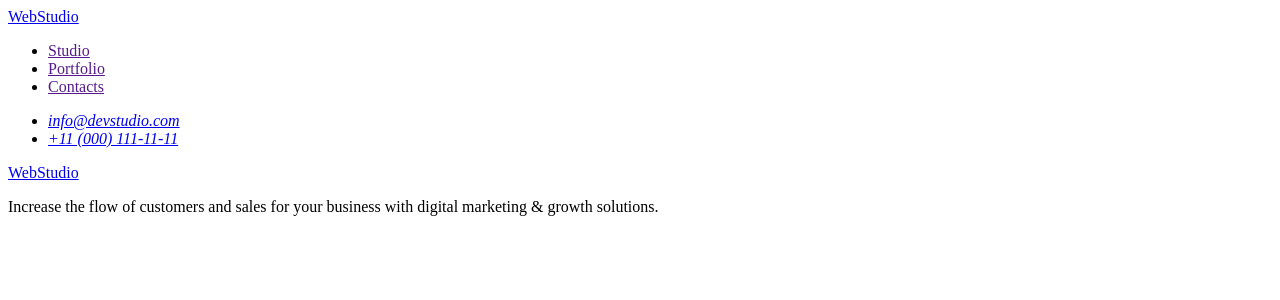
Repository: GrishchenkoNataliya/goit-markup-hw-02
Page: portfolio/indtx.html
An editor plug-in stored every save of this project. The page is shown before and after the next save, followed by the edit.
The browser window is 1280 px wide. The pictures show the whole page.

Above is the page before, as saved 2023-02-27 12:09:33.

### portfolio/indtx.html
<!DOCTYPE html>
<html lang="en">
  <head>
    <meta charset="UTF-8" />
    <meta http-equiv="X-UA-Compatible" content="IE=edge" />
    <meta name="viewport" content="width=device-width, initial-scale=1.0" />
    <title>homework_1</title>
  </head>
  <body>
    <header>
      <nav>
        <a href="./index.html">WebStudio</a>
        <ul>
          <li>
            <a href="" target="_blank" rel="noopener noreferrer nofollow"
              >Studio</a
            >
          </li>
          <li>
            <a href="" target="_blank" rel="noopener noreferrer nofollow"
              >Portfolio</a
            >
          </li>
          <li>
            <a href="" target="_blank" rel="noopener noreferrer nofollow"
              >Contacts</a
            >
          </li>
        </ul>
      </nav>
      <address>
        <ul>
          <li><a href="mailto:info@devstudio.com">info@devstudio.com</a></li>
          <li><a href="tel:+110001111111">+11 (000) 111-11-11</a></li>
        </ul>
      </address>
    </header>
    <main></main>
    <footer>
      <a href="./index.html">WebStudio</a>

      <p>
        Increase the flow of customers and sales for your business with digital
        marketing & growth solutions.
      </p>
      <!-- Dark-bg -->
    </footer>
  </body>
</html>

After the next save:
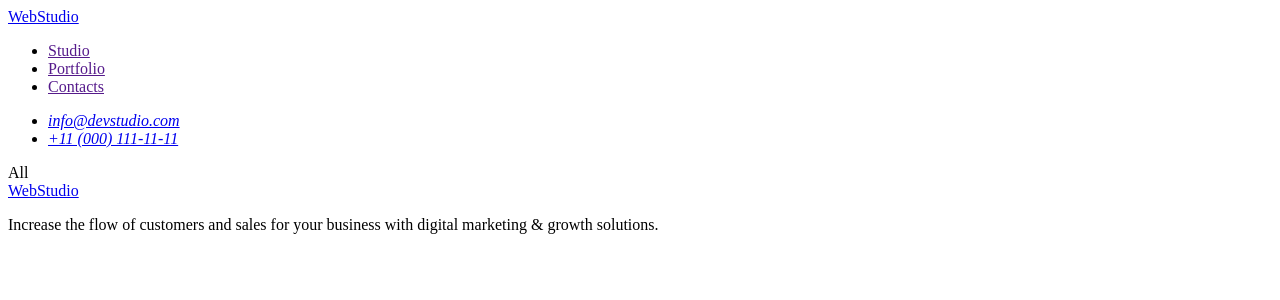
Saved 2 min 13 s later.
--- a/portfolio/indtx.html
+++ b/portfolio/indtx.html
@@ -35,7 +35,9 @@
         </ul>
       </address>
     </header>
-    <main></main>
+    <main>
+      <label for="">All</label>
+    </main>
     <footer>
       <a href="./index.html">WebStudio</a>
 
